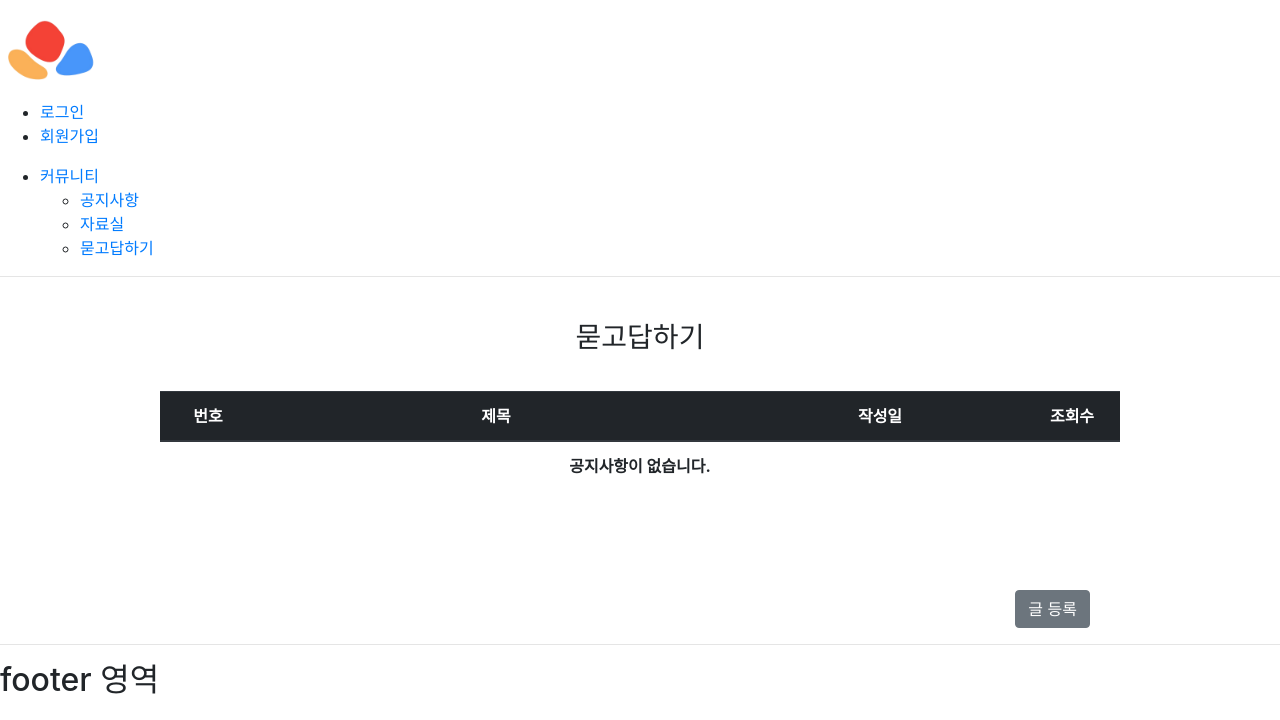
Repository: rnjsmj/pro01
Page: http://localhost/pro01/qna/qnaList.jsp
The author's editor kept a copy of each file at every save. The page is drawn from the files as they stood at one save, then again after the next save.
The browser window is 1280 px wide. The pictures show the whole page.
The page is served by Tomcat 9. Nobody is signed in. The application's start-up code is not run. Other server files are loaded and not shown. The template is opened directly, without the code that normally fills it, so the values that code supplies are empty.

Above is the page before, as saved 2024-04-13 06:29:27.

### pro01/WebContent/qna/qnaList.jsp
<%@ page language="java" contentType="text/html; charset=UTF-8"
    pageEncoding="UTF-8"%>
<%@ taglib prefix="c" uri="http://java.sun.com/jsp/jstl/core" %>
<%@ taglib prefix="fmt" uri="http://java.sun.com/jsp/jstl/fmt" %>
<%@ taglib prefix="fn" uri="http://java.sun.com/jsp/jstl/functions" %>
<c:set var="path0" value="<%=request.getContextPath() %>" />
<!DOCTYPE html>
<html>
<head>
<meta charset="UTF-8">
<title>갈현동 - 묻고답하기</title>
<%@ include file="/head.jsp" %>
<style>
	.page {text-align:center;}
	.title { text-align:center; padding:1em; }
	.table {text-align:center; width:960px; margin: 0 auto;}

	.buttons { text-align:right; width:960px; margin : auto;}
	.buttons a { margin-right:30px;}
	.th-no {width:10%;}
	.th-title{width:50%;}
	.th-resdate{width:30%;}
	.td-title {text-align:left;}
	.a-title { color:black;}
	.a-title:hover { font-weight:600; text-decoration:none;}
	.div-table { text-align:center; display:flex; justify-center:center;  margin-bottom: 100px; }
</style>
</head>
<body>
<div id="header">
	<%@ include file="/header.jsp" %>
</div>
<div id="contents" >
	<section>
		<div class="page" id="page1">
			<h3 class="title">묻고답하기</h3>
			<div class="div-table">
				<table class="table">
					<thead class="thead-dark">
						<tr>
							<th class="th-no">번호</th>
							<th class="th-title">제목</th>
							<th class="th-resdate">작성일</th>
							<th class="th-visited">조회수</th>
						</tr>
					</thead>
					<tbody>
						<c:if test="${not empty noticeList }">
							<c:forEach var="dto" items="${noticeList }">
								<tr>
									<td>${dto.no }</td>
									<td class="td-title"><a href="${path0 }/GetNotice.do?no=${dto.no}" class="a-title">${dto.title }</a></td>
									<td>${dto.resdate }</td>
									<!-- 날짜만 표시할 경우
									<td class="td-resdate">
										<fmt:parseDate value="${dto.resdate }" pattern="yyyy-MM-dd" var="resdate" />
										<fmt:formatDate value="${resdate }" pattern="yyyy-MM-dd" />
									</td>-->
									<td>${dto.visited }</td>
								</tr>
							</c:forEach>
						</c:if>
						<c:if test="${empty noticeList }">
							<tr>
								<td colspan="4"><strong>공지사항이 없습니다.</strong></td>
							</tr>
						</c:if>
					</tbody>
				</table>
			</div>
			<script>

			</script>
			<div class="buttons">
				  <a href="${path0 }/notice/notice_ins.jsp" class="btn btn-secondary">글 등록</a>
			</div>
		</div>
	</section>
</div>
<div id="footer">
	<%@ include file="/footer.jsp" %>
</div>
</body>
</html>

### pro01/WebContent/head.jsp
<%@ page language="java" contentType="text/html; charset=UTF-8"
    pageEncoding="UTF-8"%>
<%@ taglib prefix="c" uri="http://java.sun.com/jsp/jstl/core" %>
<%@ taglib prefix="fmt" uri="http://java.sun.com/jsp/jstl/fmt" %>
<c:set var="ipath" value="<%= request.getContextPath() %>" />
<script src="${ipath }/js/jquery-3.2.1.min.js"></script>
<link rel="stylesheet" href="${ipath }/css/bootstrap.min.css" />
<link rel="stylesheet" href="https://cdnjs.cloudflare.com/ajax/libs/font-awesome/5.7.0/css/all.min.css" />
<script src="${ipath }/js/bootstrap.min.js"></script>
<meta name="viewport" content="width=device-width, initial-scale=1.0">
<meta name="subject" content="갈현동 소개 (Galhyeon-dong Intro)" />
<meta name="description" content="갈현동, 로데오거리, 맛집, 교통" />
<meta name="keywords" content="갈현동, 갈현1동, 갈현2동, 거리, 맛집, 교통편, 연신내역, 연신내, 구산역, 구산동, 구파발, 로데오거리, 연신내로데오거리, 메트로타워, 주점" />
<link rel="icon" href="${ipath }/images/favicon.png" />
<link rel="shortcut icon" href="${ipath}/images/favicon3.png" />
<meta property="og:type" content="website" />
<meta property="og:title" content="갈현동" />
<meta property="og:description" content="갈현동, 로데오거리, 맛집, 교통" />
<meta property="og:image" content="${ipath }/images/site.png" />
<meta property="og:url" content="http://localhost:8091" />

### pro01/WebContent/header.jsp
<%@ page language="java" contentType="text/html; charset=UTF-8"
    pageEncoding="UTF-8"%>
<%@ taglib prefix="c" uri="http://java.sun.com/jsp/jstl/core" %>
<%@ taglib prefix="fmt" uri="http://java.sun.com/jsp/jstl/fmt" %>
<c:set var="hpath" value="<%= request.getContextPath() %>" />
<header>
	<div class="logo_wrap" >
		<a href="/pro01"><img alt="갈현동" src="${hpath }/images/favicon3.png" width=100px> </a>
	</div>
	<nav id="tnb">
		<ul>
			<c:if test="${empty sid }">
			<li><a href="${hpath }/member/login.jsp">로그인</a></li>
			<li><a href="${hpath }/member/term.jsp">회원가입</a></li>
			</c:if>
			<c:if test="${not empty sid }">
			<li><strong>${sname } 님 환영합니다.</strong></li>
			<li><a href="${hpath }/Logout.do">로그아웃</a></li>
			<li><a href="${hpath }/MemberUpdate.do?id=${sid}">마이페이지</a></li>
			</c:if>
			<c:if test="${sid.equals('admin') }">
			<li><a href="${hpath }/admin">관리자 페이지</a></li>
			</c:if>
		</ul>
	</nav>
	<nav id="gnb">
		<ul class="main_menu">
			<li><a href="">커뮤니티</a>
				<ul>
					<li><a href="${hpath }/NoticeList.do">공지사항</a></li>
					<li><a href="">자료실</a></li>
					<li><a href="">묻고답하기</a></li>
				</ul>
			</li>
		</ul>
	</nav>
</header>
<hr>

### pro01/WebContent/footer.jsp
<%@ page language="java" contentType="text/html; charset=UTF-8"
    pageEncoding="UTF-8"%>
<hr>
<footer>
	<h2>footer 영역</h2>
</footer>

Loaded but not shown: pro01/WebContent/js/jquery-3.2.1.min.js (library); pro01/WebContent/css/bootstrap.min.css (library); pro01/WebContent/js/bootstrap.min.js (library)

After the next save:
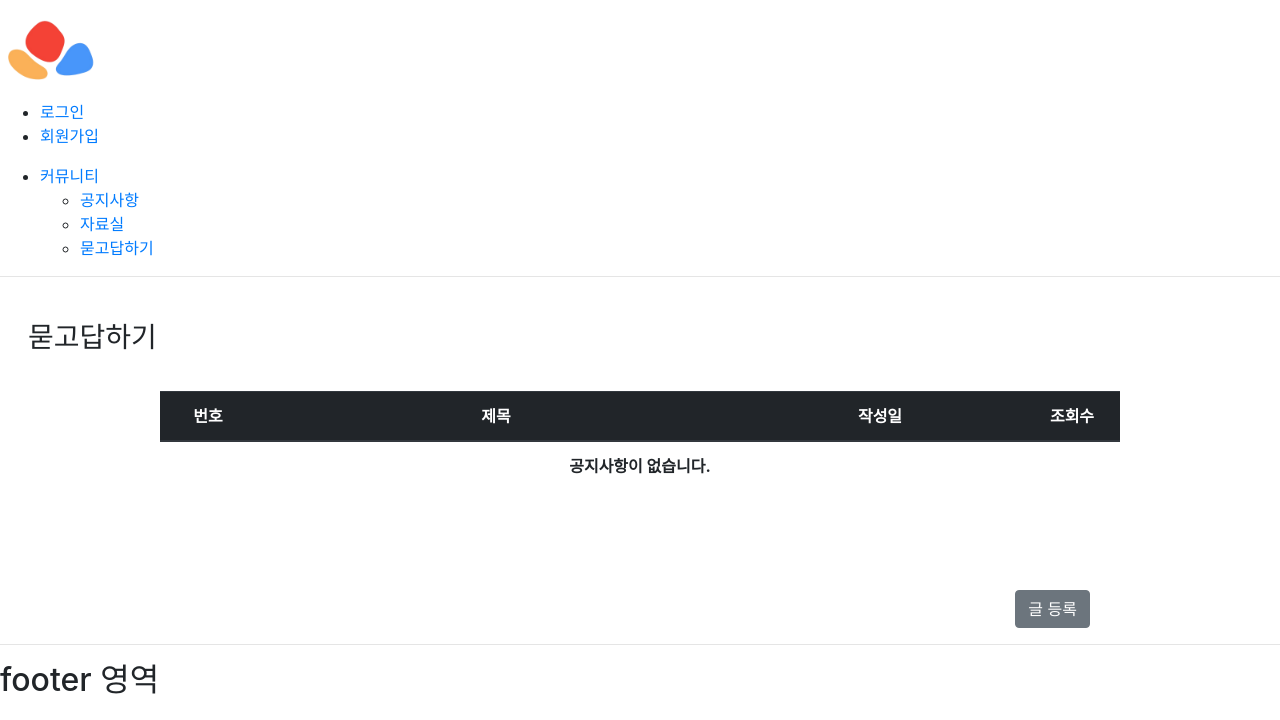
Saved 44 s later.
--- a/pro01/WebContent/qna/qnaList.jsp
+++ b/pro01/WebContent/qna/qnaList.jsp
@@ -12,7 +12,7 @@
 <%@ include file="/head.jsp" %>
 <style>
 	.page {text-align:center;}
-	.title { text-align:center; padding:1em; }
+	.title { text-align:left; padding:1em; }
 	.table {text-align:center; width:960px; margin: 0 auto;}
 
 	.buttons { text-align:right; width:960px; margin : auto;}
